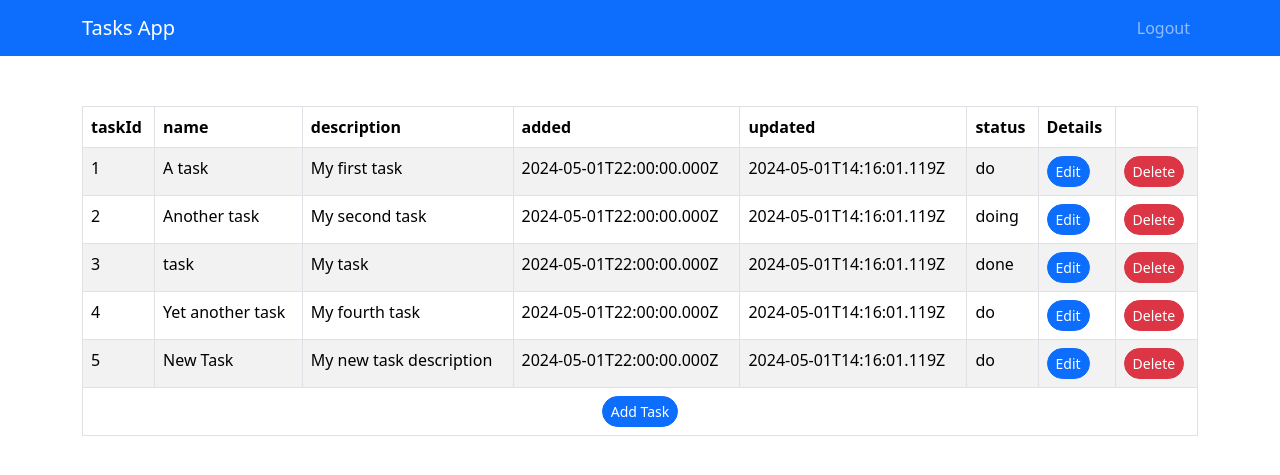
Repository: trider/react-task-manager
Page: /#/tasks
The author's editor kept a copy of each file at every save. The page is drawn from the files as they stood at one save, then again after the next save.
The browser window is 1280 px wide. The pictures show the whole page.
The project was rebuilt for these pictures with package versions that can differ from the ones it lists, and the page was loaded fresh each time. Also part of the build but not shown: src/App.css, src/data/_Users.js, src/pages/Login.js.

Above is the page before, as saved 2024-05-07 15:49:56.

After the next save:
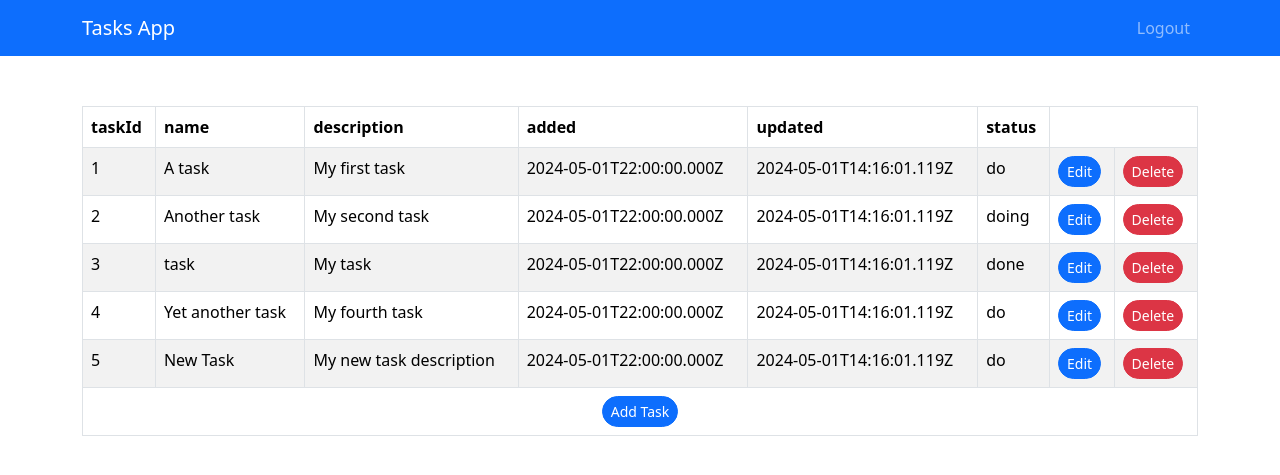
Saved 30 s later.
--- a/src/pages/Task.js
+++ b/src/pages/Task.js
@@ -246,7 +246,6 @@ const TaskTable = () => {
             {tableCols.map((col) => (
               <th key={col}>{col}</th>
             ))}
-            <th>Details</th>
             <th colSpan={"2"}></th>
           </tr>
         </thead>
